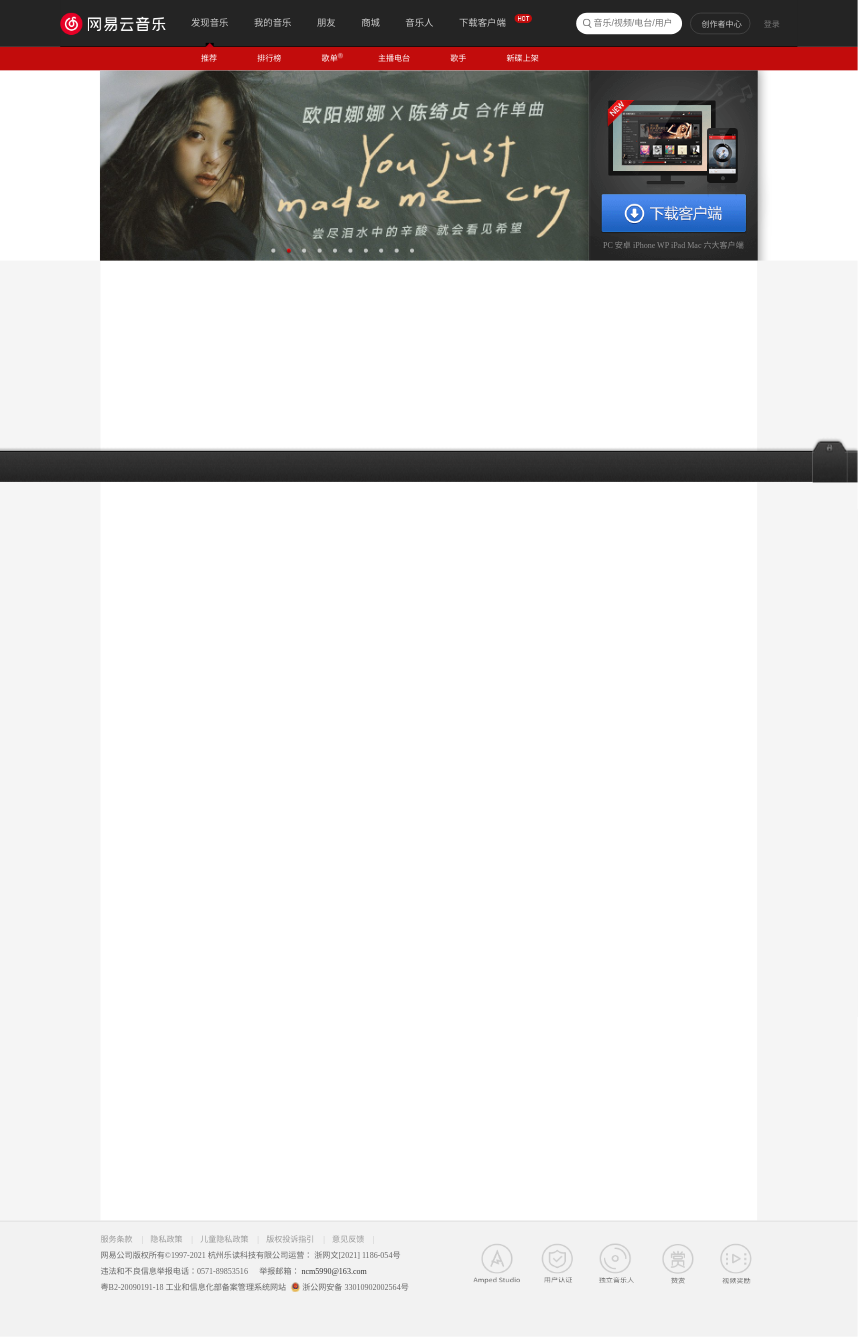
Repository: changfeng5/cat
Page: cat/index.html
An editor plug-in stored every save of this project. The page is shown before and after the next save, followed by the edit.
The browser window is 1280 px wide. The pictures show the whole page, at 67% of full size.

Above is the page before, as saved 2021-05-01 02:42:15.

After the next save:
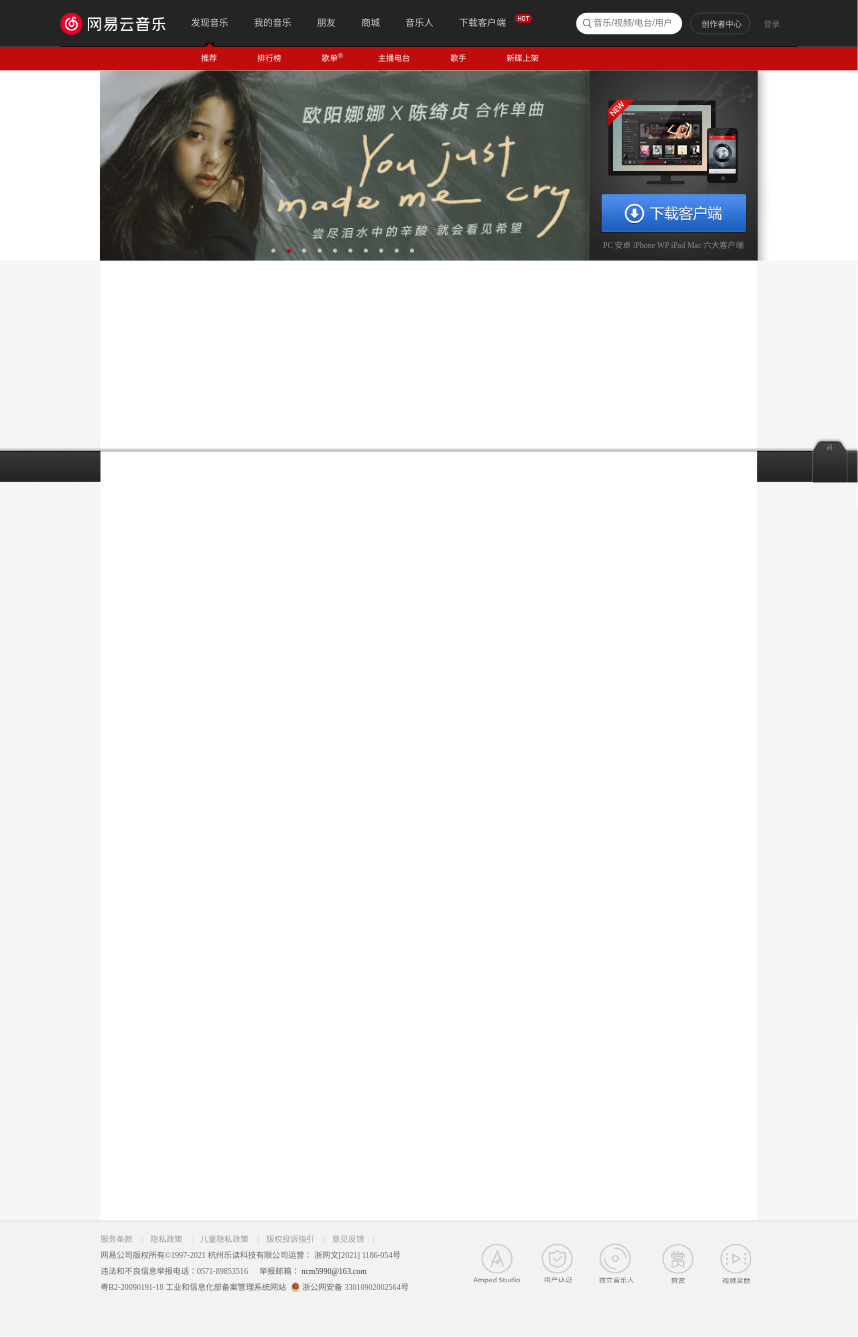
Saved 16 s later.
--- a/cat/css/style.css
+++ b/cat/css/style.css
@@ -604,4 +604,5 @@
   width: 980px;
   height: 47px;
   margin-left: -490px;
-}
+  background: #fff;
+}
